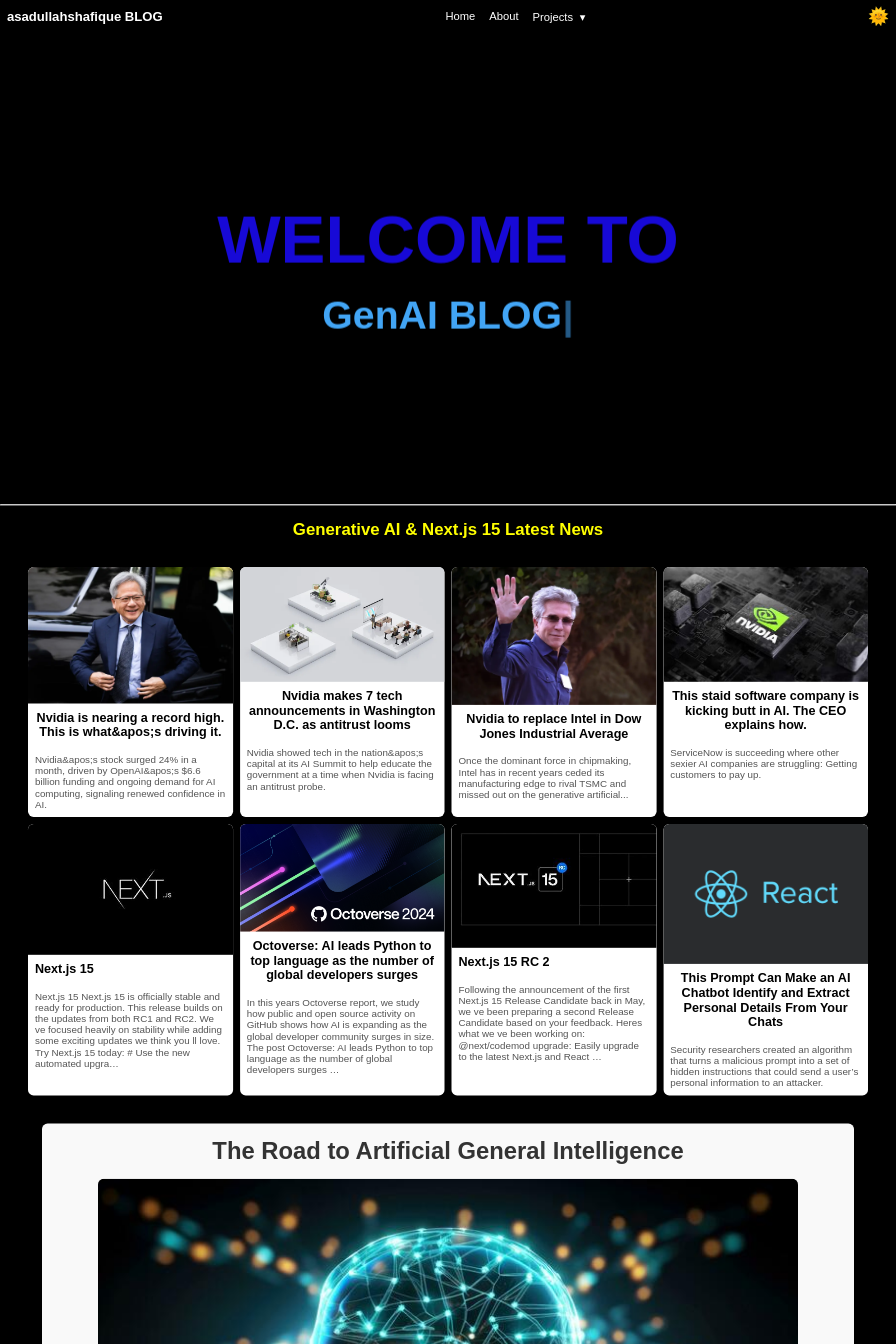
Repository: asadullah48/blog_learning
Page: /main
These files come from the project's save history. The page is drawn as it stood at one moment and after the next save; the edit follows.
The browser window is 1280 px wide. The pictures show the part of the page from y = 0 to 1920 px (the page is 11536 px tall), at 70% of full size.
The project was rebuilt for these pictures with package versions that can differ from the ones it lists, and the page was loaded fresh each time. The framework's server and built-in components were replaced by stand-ins that run in the browser. Also part of the build but not shown: next.config.ts.

Above is the page before, as saved 2024-12-27 11:58:34.

### src/app/main/page.tsx
"use client";

import React, { useState, useEffect } from 'react';
import Typewriter from 'typewriter-effect';
import './main.css';
import SocialMedia from '../socialmedia/page';
import Link from 'next/link';

const Page = () => {
  const [showProjects, setShowProjects] = useState(false);
  const [isDarkMode, setIsDarkMode] = useState(true);

  const toggleTheme = () => {
    setIsDarkMode(!isDarkMode);
    document.body.classList.toggle('light-mode', !isDarkMode);
  };
  const handleProjectClick = () => {
    setShowProjects((prevShowProjects) => !prevShowProjects); // Toggle the visibility on click
};

const handleClickOutside = (event: MouseEvent) => {
  const target = event.target as HTMLElement;
  if (!target.closest('.projects-menu') && !target.closest('.project-list')) {
      setShowProjects(false);
  }
};



useEffect(() => {
  document.addEventListener('click', handleClickOutside);
  return () => document.removeEventListener('click', handleClickOutside);
}, []);


  return (
    <div>
      <div className={`main-div ${isDarkMode ? 'dark' : 'light'}`}>
        <div className="navbar-section">
          <h3 className="asadullahshafique-blog">asadullahshafique <span> BLOG</span></h3>

          <ul>
            <li>Home</li>
            <li><Link href="/about">About</Link></li>
            <li
              onClick={handleProjectClick}
              className="projects-menu"
            >
              Projects <span className="arrow">&#9662;</span>
              {showProjects && (
                <div className="project-list">
                  <Link href="https://milestone02-gamma.vercel.app/" target="_blank" rel="noopener noreferrer" onClick={() => setShowProjects(false)}>Personal Portfolio</Link>
                  <Link href="https://duas-diary-kappa.vercel.app/" target="_blank" rel="noopener noreferrer" onClick={() => setShowProjects(false)}>HBD Celebration App</Link>
                  <Link href="https://doctor-app-wine.vercel.app/" target="_blank" rel="noopener noreferrer" onClick={() => setShowProjects(false)}>iOS Calculator</Link>
                  <Link href="https://asadullahshafique-devunity.vercel.app/" target="_blank" rel="noopener noreferrer" onClick={() => setShowProjects(false)}>GenAI Website</Link>
                </div>
              )}
            </li>
          </ul>

          <div className="theme-toggle" onClick={toggleTheme}>
            {isDarkMode ? '🌞' : '🌙'}
          </div>
        </div>

        <div className="welcome-section">
          <h1>WELCOME TO</h1>
          <div className="typed-text">
            <Typewriter
              options={{
                strings: ['TECH BLOG', 'GenAI BLOG', 'Next.js15 BLOG', 'Cloud Computing BLOG'],
                autoStart: true,
                loop: true,
              }}
            />
          </div>
        </div>

      </div>
      <hr />
      <SocialMedia />
    </div>
  );
};

export default Page;

### src/app/globals.css
*{
  /* background-color: black;
  color: white; */
  margin: 0;
  font-family: sans-serif;
}

### src/app/main/main.css
/* General body and main div styles */
body, html {
    margin: 0;
    padding: 0;
    height: 100%;
}
body.dark-mode, .main-div.dark {
    background-color: black;
    color: white;
    height: 100vh;
}

body.light-mode, .main-div.light {
    background-color: white;
    color: black;
    height: 100vh;
}

.main-div {
    display: flex;
    flex-direction: column;
    justify-content: space-between;
    min-height: 100vh;
}

/* Navbar section */
.navbar-section {
    display: flex;
    justify-content: space-between;
    padding: 10px;
    align-items: center;
    font-family: sans-serif;
    animation: fadeIn 3s ease forwards;
}

ul {
    display: flex;
    gap: 20px;
    list-style: none;
}

li {
    list-style: none;
    cursor: pointer;
    a {
        text-decoration: none;
        color: white;
    }
}

.subhan-blog {
    background: linear-gradient(90deg, rgba(14, 0, 255, 1) 0%, rgba(9, 9, 121, 1) 35%, rgba(0, 212, 255, 1) 100%);
    border: 2px solid white;
    border-radius: 5px;
}

/* Projects menu and project list */
.projects-menu {
    position: relative;
}

.arrow {
    margin-left: 5px;
    transition: transform 0.3s ease;
}

/* Project list styling */
/* Project list styling */
.project-list {
    position: absolute;
    top: 100%;
    left: 0;
    background: white;
    box-shadow: 0px 4px 8px rgba(0, 0, 0, 0.1);
    border-radius: 5px;
    padding: 10px;
    opacity: 0;
    visibility: hidden;
    transform: translateY(-10px);
    transition: opacity 0.3s ease, visibility 0.3s ease, transform 0.3s ease;
    z-index: 20; /* Ensure the list is above other content */
}

/* Show project list when hovering over .projects-menu or .project-list */
.projects-menu:hover .project-list,
.project-list:hover {
    opacity: 1;
    visibility: visible;
    transform: translateY(0);
}

/* Links inside project list */
.project-list a {
    display: block;
    padding: 8px;
    text-decoration: none;
    color: black;
}

.project-list a:hover {
    background: rgba(0, 0, 255, 0.1);
    border-radius: 3px;
}


/* Theme toggle styling */
.theme-toggle {
    font-size: 1.5rem;
    cursor: pointer;
}

/* Welcome section */
.welcome-section {
    display: flex;
    flex-direction: column;
    align-items: center;
    justify-content: center;
    height: 100%;
    font-size: 3rem;
    font-weight: bold;
    text-align: center;
    color: #1709d6;
    animation: fadeIn 2s ease-in forwards;
}

.typed-text {
    font-size: 3.5rem;
    color: #42a5f5;
    margin-top: 20px;
}

/* Responsive Design */
@media (max-width: 768px) {
    .navbar-section {
        flex-direction: column;
        gap: 15px;
    }

    ul {
        gap: 15px;
    }

    .subhan-blog {
        font-size: 1.2rem;
        padding: 5px;
    }

    .welcome-section {
        font-size: 2.5rem;
    }

    .typed-text {
        font-size: 3rem;
    }
}

@media (max-width: 480px) {
    .navbar-section {
        flex-direction: column;
        gap: 10px;
        padding: 5px;
    }

    ul {
        flex-direction: column;
        gap: 10px;
    }

    .subhan-blog {
        font-size: 1rem;
        padding: 5px;
    }

    .welcome-section {
        font-size: 2rem;
    }

    .typed-text {
        font-size: 2.5rem;
        margin-top: 15px;
    }

    .theme-toggle {
        font-size: 1.2rem;
    }
}

@keyframes fadeIn {
    from {
        opacity: 0;
    }
    to {
        opacity: 1;
    }
}
@media (max-width: 300px) {
    .welcome-section {
        font-size: 1.5rem;
    }

}
@media (max-width: 250px) {
    .welcome-section {
        font-size: 0.5rem;
    }
    .typed-text {
        font-size: 0.5rem;
        margin-top: 15px;
    }

}

### src/app/socialmedia/page.tsx
"use client";

import React from 'react';
import NextBlog from '../nextblog/page';
import './social.css';

const SocialMedia = () => {
  const cardsData = [
    {
      image: '/ceo.png',
      title: 'Nvidia is nearing a record high. This is what&apos;s driving it.',
      description: 'Nvidia&apos;s stock surged 24% in a month, driven by OpenAI&apos;s $6.6 billion funding and ongoing demand for AI computing, signaling renewed confidence in AI.',
      link: 'https://www.businessinsider.com/nvidia-stock-nears-all-time-high-after-openai-funding-2024-10'
    },
    {
      image: '/graph.png',
      title: 'Nvidia makes 7 tech announcements in Washington D.C. as antitrust looms',
      description: 'Nvidia showed tech in the nation&apos;s capital at its AI Summit to help educate the government at a time when Nvidia is facing an antitrust probe.',
      link: 'https://venturebeat.com/ai/nvidia-showcases-tech-in-washington-d-c-as-antitrust-looms/'
    },
    {
      image: '/ceo2.png',
      title: 'Nvidia to replace Intel in Dow Jones Industrial Average',
      description: 'Once the dominant force in chipmaking, Intel has in recent years ceded its manufacturing edge to rival TSMC and missed out on the generative artificial...',
      link: 'https://finance.yahoo.com/news/nvidia-replace-intel-dow-jones-212628000.html'
    },
    {
      image: '/OIP.jpg',
      title: 'This staid software company is kicking butt in AI. The CEO explains how.',
      description: 'ServiceNow is succeeding where other sexier AI companies are struggling: Getting customers to pay up.',
      link: 'https://www.businessinsider.com/servicenow-ceo-bill-mcdermott-ai-software-2024-10'
    },
    {
      image: '/nextjs.jpg',
      title: 'Next.js 15',
      description: 'Next.js 15 Next.js 15 is officially stable and ready for production. This release builds on the updates from both RC1 and RC2. We ve focused heavily on stability while adding some exciting updates we think you ll love. Try Next.js 15 today: # Use the new automated upgra…',
      link: 'https://nextjs.org/blog/next-15'
    },
    {
      image: '/git.png',
      title: 'Octoverse: AI leads Python to top language as the number of global developers surges',
      description: 'In this years Octoverse report, we study how public and open source activity on GitHub shows how AI is expanding as the global developer community surges in size. The post Octoverse: AI leads Python to top language as the number of global developers surges …',
      link: 'https://github.blog/news-insights/octoverse/octoverse-2024/'
    },
    {
      image: '/rc.jpg',
      title: 'Next.js 15 RC 2',
      description: 'Following the announcement of the first Next.js 15 Release Candidate back in May, we ve been preparing a second Release Candidate based on your feedback. Heres what we ve been working on: @next/codemod upgrade: Easily upgrade to the latest Next.js and React …',
      link: 'https://nextjs.org/blog/next-15-rc2'
    },
    {
      image: '/R.png',
      title: 'This Prompt Can Make an AI Chatbot Identify and Extract Personal Details From Your Chats',
      description: 'Security researchers created an algorithm that turns a malicious prompt into a set of hidden instructions that could send a user’s personal information to an attacker.',
      link: 'https://react.dev/https://www.wired.com/story/ai-imprompter-malware-llm/'
    }
  ];

  return (
    <div className="mainsocial">
      <h2 className="header">Generative AI & Next.js 15 Latest News</h2>
      <div className="cards-container">
        {cardsData.map((card, index) => (
          <a key={index} href={card.link} target="_blank" rel="noopener noreferrer" className="card">
            <img src={card.image} alt={card.title} className="card-image" />
            <h3 className="card-title">{card.title}</h3>
            <p className="card-description">{card.description}</p>
          </a>
        ))}
      </div>
      <NextBlog />
    </div>
  );
};

export default SocialMedia;

### src/app/socialmedia/social.css
.mainsocial {
    text-align: center;
    background-color: #000;
    color: #fff;
    padding: 20px;
}

.header {
    font-size: 24px;
    color: yellow;
    text-shadow: 1px 1px 2px black;
    margin-bottom: 20px;
}

.cards-container {
    display: grid;
    grid-template-columns: repeat(1, minmax(250px, 1fr)); /* Default for very small screens */
    gap: 10px;
    padding: 20px;
}

/* Laptop view - 4 cards in a row */
@media (min-width: 1024px) {
    .cards-container {
        grid-template-columns: repeat(4, 1fr);
    }
}

/* Tablet view - 2 cards per row on smaller tablets, 3 per row on wider tablets */
@media (min-width: 768px) and (max-width: 1023px) {
    .cards-container {
        grid-template-columns: repeat(2, 1fr);
    }
}

/* Mobile view - 1 card per row */
@media (max-width: 767px) {
    .cards-container {
        grid-template-columns: repeat(1, 1fr);
        align-items: center;
    }
}

.card {
    background-color: #fff;
    color: #000;
    border-radius: 8px;
    box-shadow: 0 4px 8px rgba(0, 0, 0, 0.2);
    text-decoration: none;
    overflow: hidden;
    transition: transform 0.3s ease, box-shadow 0.3s ease;
    display: flex;
    flex-direction: column;
    align-items: flex-start;
    width: 100%; /* Ensure the card takes full width of its grid column */
}

.card:hover {
    transform: translateY(-10px);
    box-shadow: 0 8px 16px rgba(0, 0, 0, 0.3);
}

.card-image {
    width: 100%; /* Ensures the image fills the width of the card */
    height: auto;
    max-height: 200px; /* Optional: Limit max height to maintain aspect ratio */
    object-fit: cover; /* Ensures the image scales without distortion */
}

.card-title {
    font-size: 18px;
    margin: 10px;
    font-weight: bold;
}

.card-description {
    font-size: 14px;
    margin: 10px;
    color: #555;
    text-align: left;
}

/* Special styling for ultra-small screens */
@media (max-width: 220px) {
    .card {
        width: 100px;
    }
    .card-image {
        width: 100px;
    }
}

/* Additional styling for small screens to increase image height */
@media (max-width: 480px) {
    .card-image {
        height: 250px; /* Increase the image height on smaller screens */
    }
}

### src/app/footer/page.tsx
import React from 'react';
import { FaFacebook, FaInstagram, FaLinkedin, FaTwitter } from 'react-icons/fa';

const Footer = () => {
  return (
    <div style={{marginTop:'50px', height: '25vh', backgroundColor: '#333', color: '#fff', display: 'flex', flexDirection: 'column', alignItems: 'center', justifyContent: 'center', padding: '20px'  }}>
      <h3>Contact Me</h3>
      <p>Phone: +92 321 3771 445</p>
      <p>Email: asadullahshafique@hotmail.com</p>

      <div style={{ display: 'flex', gap: '20px', marginTop: '15px' }}>
        <a href="https://www.facebook.com/asadullahshafique" target="_blank" rel="noopener noreferrer" style={{ color: '#fff' }}>
          <FaFacebook size={24} />
        </a>
        <a href="https://www.instagram.com/shafiqueasadullah/" target="_blank" rel="noopener noreferrer" style={{ color: '#fff' }}>
          <FaInstagram size={24} />
        </a>
        <a href="https://www.linkedin.com/in/asadullah-shafique-a00679325/" target="_blank" rel="noopener noreferrer" style={{ color: '#fff' }}>
          <FaLinkedin size={24} />
        </a>
        <a href="#" target="_blank" rel="noopener noreferrer" style={{ color: '#fff' }}>
          <FaTwitter size={24} />
        </a>
      </div>
    </div>
  );
}

export default Footer;

### src/app/nextblog/next.css
/* Basic Reset */
* {
    margin: 0;
    padding: 0;
    box-sizing: border-box;
  }

  .container {
    max-width: 1200px;
    margin: auto;
    padding: 20px;
  }

  .article-grid {
    display: grid;
    grid-template-columns: 1fr;
    gap: 40px;
  }

  .article {
    display: flex;
    flex-direction: column; /* Image below title */
    gap: 20px;
    background-color: #f9f9f9;
    padding: 20px;
    border-radius: 8px;
    box-shadow: 0 4px 8px rgba(0, 0, 0, 0.2);
    align-items: center; /* Center the content */
  }

  .article img {
    width: 1000px; /* Ensure the image width stays the same */
    height: auto;
    border-radius: 8px;

  }

  .article-content {
    display: flex;
    flex-direction: column;
    justify-content: space-between;
    text-align: center; /* Center the text */
  }

  .article-title {
    font-size: 34px;
    font-weight: bold;
    color: #333;
    text-align: center; /* Title centered */
  }

  .article-description {
    font-size: 22px;
    color: #555;
    margin-top: 10px;
    text-align: center; /* Description centered */
  }

  /* Responsive Design */
  @media (max-width: 1024px) {

    .article img {
      width: 650px;
    }
  }

  @media (max-width: 768px) {
    .article {

      flex-direction: column;
      align-items: center;
    }


  .article-grid{
    display: flex;
    flex-direction: column;

  }
    .article img {
      width: 400px; /* Maintain image width */

    }

    .article-title {
      font-size: 20px;
    }

    .article-description {
      font-size: 14px;
    }
  }

  @media (max-width: 480px) {
    .article-title {
      font-size: 18px;
    }
    .article img {
      width: 250px; /* Maintain image width */
    }



    .article-description {
      font-size: 12px;
    }
  }
  @media (max-width: 325px){
    .article img{
      width: 180px;
    }
  }
  @media (max-width: 255px){
    .article img{
      width: 80px;
    }
  }

Loaded but not shown: src/app/layout.tsx (common file); src/app/nextblog/page.tsx (60 lines, source omitted)

After the next save:
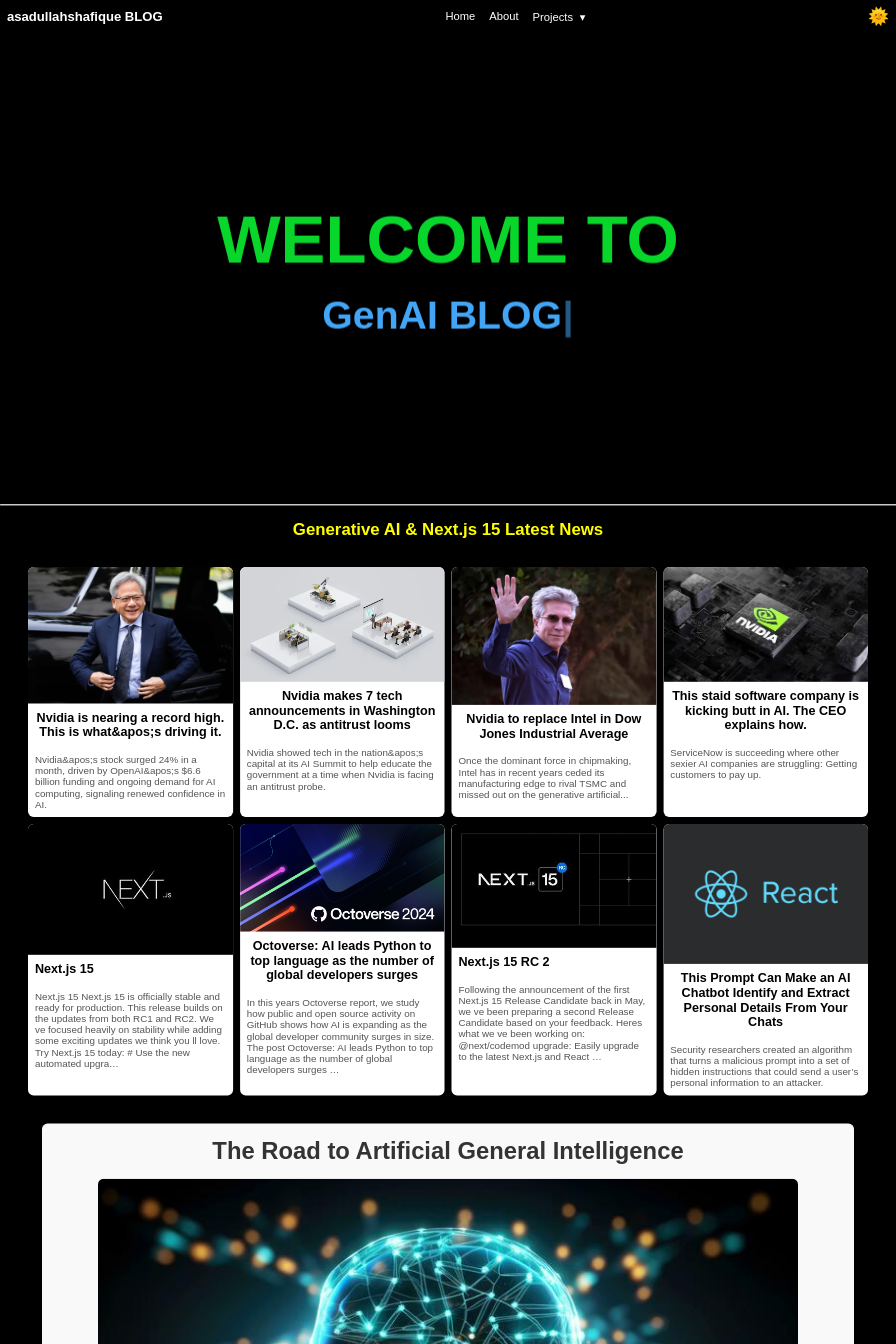
Saved 26 s later.
--- a/src/app/main/main.css
+++ b/src/app/main/main.css
@@ -119,7 +119,7 @@
     font-size: 3rem;
     font-weight: bold;
     text-align: center;
-    color: #1709d6;
+    color: #09d62b;
     animation: fadeIn 2s ease-in forwards;
 }
 
